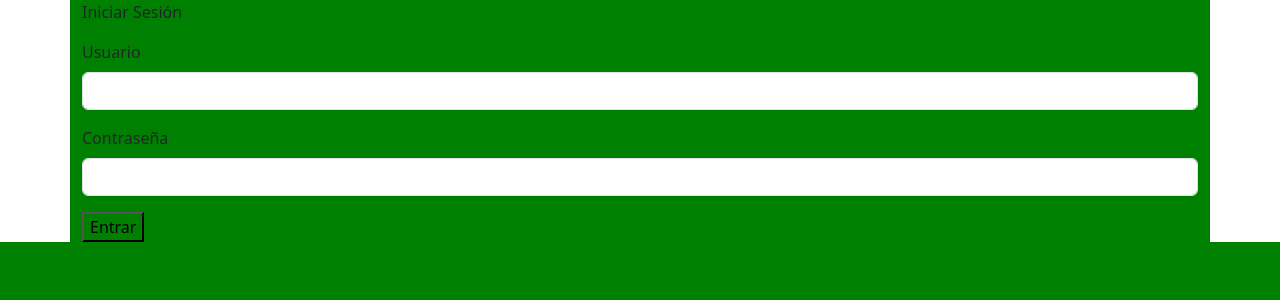
Repository: ingandresmolero/AdministrativoBarber
Page: http://localhost/
An editor plug-in stored every save of this project. The page is shown before and after the next save, followed by the edit.
The browser window is 1280 px wide. The pictures show the whole page.
The page is run by PHP 8.4 with error messages shown; the project is at /var/www/html/. Style sheets and scripts are compiled from the project's sources, by tool versions that may differ from the author's.

Above is the page before, as saved 2023-04-25 21:45:25.

### NEW/index.php
<?php include('php/login.php'); ?>
<!DOCTYPE html>
<html lang="en">

<head>
    <meta charset="UTF-8">
    <meta http-equiv="X-UA-Compatible" content="IE=edge">
    <meta name="viewport" content="width=device-width, initial-scale=1.0">
    <link href="https://cdn.jsdelivr.net/npm/bootstrap@5.3.0-alpha3/dist/css/bootstrap.min.css" rel="stylesheet" integrity="sha384-KK94CHFLLe+nY2dmCWGMq91rCGa5gtU4mk92HdvYe+M/SXH301p5ILy+dN9+nJOZ" crossorigin="anonymous">
    <link rel="stylesheet" href="../css/styles.min.css">
    <title>Login</title>
</head>

<body class="login-page">

    <section class="container">
        <div class="box">
            <p>Iniciar Sesión</p>
            <form action="" method="post">

                    <div class="mb-3 user">
                        <label for="exampleInputEmail1" class="form-label">Usuario</label>
                        <input type="text" class="form-control" name="usuario" id="exampleInputEmail1" aria-describedby="emailHelp">

                    </div>
                    <div class="mb-3 password">
                        <label for="exampleInputPassword1" class="form-label">Contraseña</label>
                        <input type="password" class="form-control" name="passw" id="exampleInputPassword1">
                    </div>

                    <p><input type="submit" name="login" value="Entrar"></p>
            </form>
        </div>
    </section>
    <script src="https://cdn.jsdelivr.net/npm/bootstrap@5.3.0-alpha3/dist/js/bootstrap.bundle.min.js" integrity="sha384-ENjdO4Dr2bkBIFxQpeoTz1HIcje39Wm4jDKdf19U8gI4ddQ3GYNS7NTKfAdVQSZe" crossorigin="anonymous"></script>
</body>

</html>

### NEW/php/login.php
<?php


  include("dbconn.php");
  session_start();
  if(isset($_POST["login"])){

    if($_POST["usuario"]== "" or $_POST["passw"]==""){
        echo "<center><h1>Usuario y contrasena no deben estar vacios</h1></center>";

}else{
    $username =$_POST["usuario"];
    $passw=$_POST["passw"];
    $query=$conn->prepare("SELECT * FROM usuarios WHERE user='$username' and passw='$passw'");
    $query -> execute();
    $control=$query ->fetch();

    if($control>0){
        $rol = $control['rol'];
        $_SESSION["username"]=$username;
        $_SESSION["rol"] =$rol;
        header("Location:views/dashboard.php");

    }
    echo "<center><h1>Algun dato incorrecto.</h1></center>";
  }

}
?>

### NEW/php/dbconn.php
<?php
try{
    $user = "root";
    $passw = "";
    $conn=new PDO("mysql:host=localhost;dbname=gestionsys",$user,$passw);

}catch(PDOException $e){
    print "Error!: " . $e->getMessage()."<br/>";
    die();
}


?>

### NEW/scss/styles.scss
@import 'components/header';
@import 'components/dashboard';
@import 'components/table-style';
@import 'components/buttons';
@import 'components/navigation';
@import 'components/fonts';
@import 'components/login-page';

### NEW/scss/components/header.scss
nav {
    .navbar-brand img {
        max-width: 50px;
        display: block;
    }
}

### NEW/scss/components/dashboard.scss
.elements {
    display: flex;
    margin: 3rem 0;
    justify-content: center;
    flex-direction: column;

    @media (min-width: 767px) {
        gap: 30px;
        flex-direction: row;
    }

    .card {
        .card-title {
            text-align: center;
        }
        .btn {
            display: block;
            width: max-content;
            margin: 0 auto;
        }

        @media only screen and (min-width: 768px) and (max-width: 979px) {
            text-align: center;
        }

        @media only screen and (max-width: 767px) {
            width: 85%;
            margin: 0 auto 30px;

            &:last-child {
                margin-bottom: initial;
            }
        }
    }
}

### NEW/scss/components/table-style.scss
@import "variables";

.table-responsive-sm {
    margin-bottom: 3rem;
}
.table-style {
    box-shadow: 0 0 20px rgba(0, 0, 0, 0.15);
    thead {
        background-color: $accentColor;
    }

    tr {
        color: #fff;
        line-height: 35px;
    }

    tr th {
        width: 22px;
        max-width: 95px;
        &:first-child {
            border-top-left-radius: 10px;
        }
        &:last-child {
            border-top-right-radius: 10px;
        }

        @media only screen and (max-width: 767px) {
            font-size: 14px;
            text-align: center;
        }
    }

    tbody {
        font-weight: bold;
        th {
            color: $accentColor;
            padding: 12px 10px;
        }

        tr {
            color: $primaryColor;
            &:hover {
                background-color: #f3f3f3;
                color: $accentColor;
                transition: .3s;
                th {
                    color: $accentColor;
                    transition: .3s;
                }
            }

            .action {
                padding: 12px 0;
            }
        }

        td {
            padding: 12px 10px;
            line-height: 22px;
            vertical-align: baseline;
            @media only screen and (max-width: 767px) {
                text-align: center;
                font-size: 14px;
            }
        }
    }
}

### NEW/scss/components/variables.scss
$primaryColor:#587099;
$lightenPrimary: lighten($primaryColor, 20%) !important;
$accentColor: #2F3148;

### NEW/scss/components/buttons.scss
@import "variables";
.table-btn {
    background-color: $accentColor;
    border-radius: 30px;
    border: 1px solid $accentColor;
    color: #fff;
    display: inline-block;
    line-height: initial;
    padding: 5px 20px;
    text-decoration: none;
    transition: .3s;
    font-weight: normal;
    &:hover,
    &:active {
        color: #fff;
        background-color: transparent;
        color: $accentColor;
    }

    @media only screen and (max-width: 767px) {
        padding: 5px 14px;
        font-size: 14px;
    }
}

.btn-style-1 {
    background-color: $accentColor;
    border: 1px solid $accentColor;
    color: #fff;
    display: inline-block;
    padding: 7px 21px;
    text-decoration: none;
    transition: .3s;
    margin-bottom: 12px;
    line-height: 22px;
    &:hover,
    &:active {
        border: 1px solid $accentColor;
        background-color: transparent;
        color: $accentColor;
    }
}

### NEW/scss/components/navigation.scss
@import "variables";

nav .pagination {
    margin-bottom: 2rem;
    @media (min-width: 768px) {
        display: inline-block !important;
        text-align: center;
        width: 100%;
    }
    @media only screen and (max-width: 767px) {
        justify-content: center;
    }
    & > li {
        white-space: nowrap;
        display: inline-block;
        margin: 0 5px;

        &.active a {
            background-color: $accentColor;
            color: #fff;
            pointer-events: none;
            opacity: 0.89;
        }
        &.disabled a {
            background-color: $accentColor;
            color: #fff;
            opacity: 0.89;
        }
        .page-link {
            color: $accentColor;
            padding: 4px 20px;
            border-radius: 30px !important;
            border: 2px solid $accentColor;
            border-color: $accentColor;
            transition: .3s;
            &:hover {
               background-color: $accentColor;
               color: #fff;
            }
        }
    }

    .pnum {
        @media only screen and (max-width: 767px) {
            display: none;
        }
    }
}

### NEW/scss/components/fonts.scss
@import "variables";

.page-heading {
    padding: 3rem 0 2rem;
    text-align: center;
    color: $accentColor;
}

### NEW/scss/components/login-page.scss
@import "variables";

// body.login-page {
//     background: rgb(47,49,72) !important;
//     background: linear-gradient(90deg, rgba(47,49,72,1) 0%, rgba(88,112,153,1) 51%, rgba(47,49,72,1) 100%) !important;
// }


* {
    background-color: green;
}

After the next save:
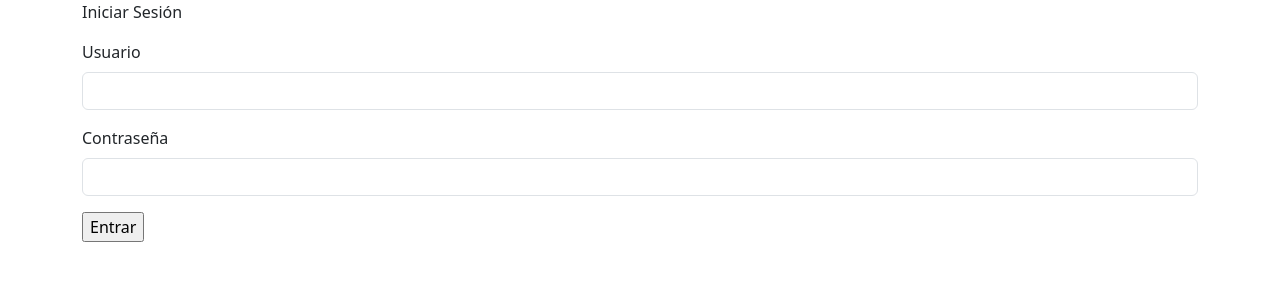
Saved 15 h 9 min later.
--- a/NEW/scss/components/login-page.scss
+++ b/NEW/scss/components/login-page.scss
@@ -6,6 +6,6 @@
 // }
 
 
-* {
-    background-color: green;
-}
+// * {
+//     background-color: green;
+// }
